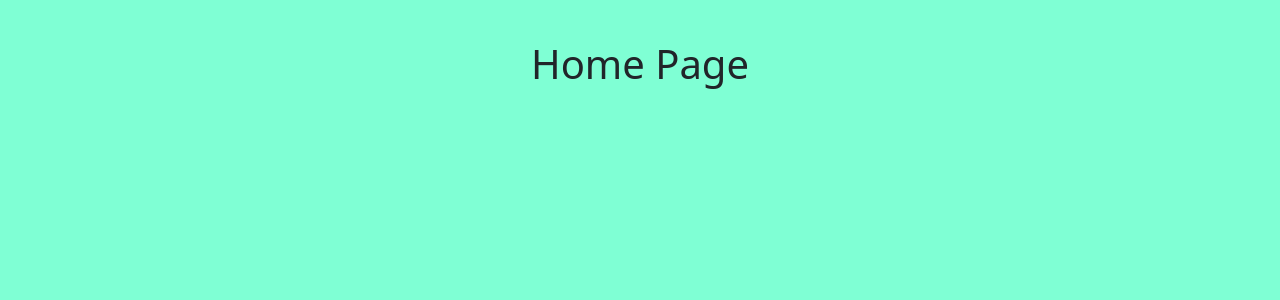
Repository: abgdev1997/proyecto-evo
Page: /
An editor plug-in stored every save of this project. The page is shown before and after the next save, followed by the edit.
The browser window is 1280 px wide. The pictures show the whole page.
The project was rebuilt for these pictures with package versions that can differ from the ones it lists, and the page was loaded fresh each time. Also part of the build but not shown: src/routes/404/NotFoundPage.jsx, src/routes/about-faqs/AboutPage.jsx.

Above is the page before, as saved 2022-02-16 13:25:15.

After the next save:
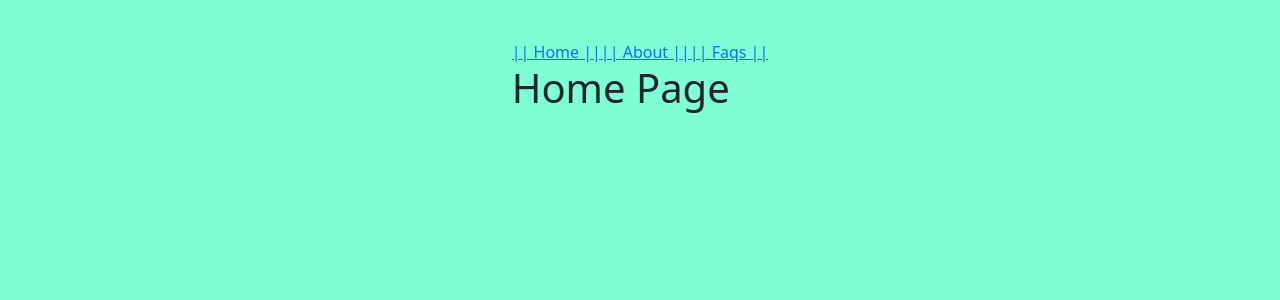
Saved 2 min 19 s later.
--- a/src/AppRoutingOne.js
+++ b/src/AppRoutingOne.js
@@ -6,6 +6,13 @@ import Aboutpage from './routes/about-faqs/AboutPage';
 function AppRoutingOne() {
   return (
     <Router>
+      <div>
+        <aside>
+          <Link to='/'>|| Home ||</Link>
+          <Link to='/about'>|| About ||</Link>
+          <Link to='/faqs'>|| Faqs ||</Link>
+        </aside>
+      </div>
       <Switch>
         <Route exact path='/' component={ Homepage } />
         <Route exact path='/(about|faqs)' component={ Aboutpage } />
